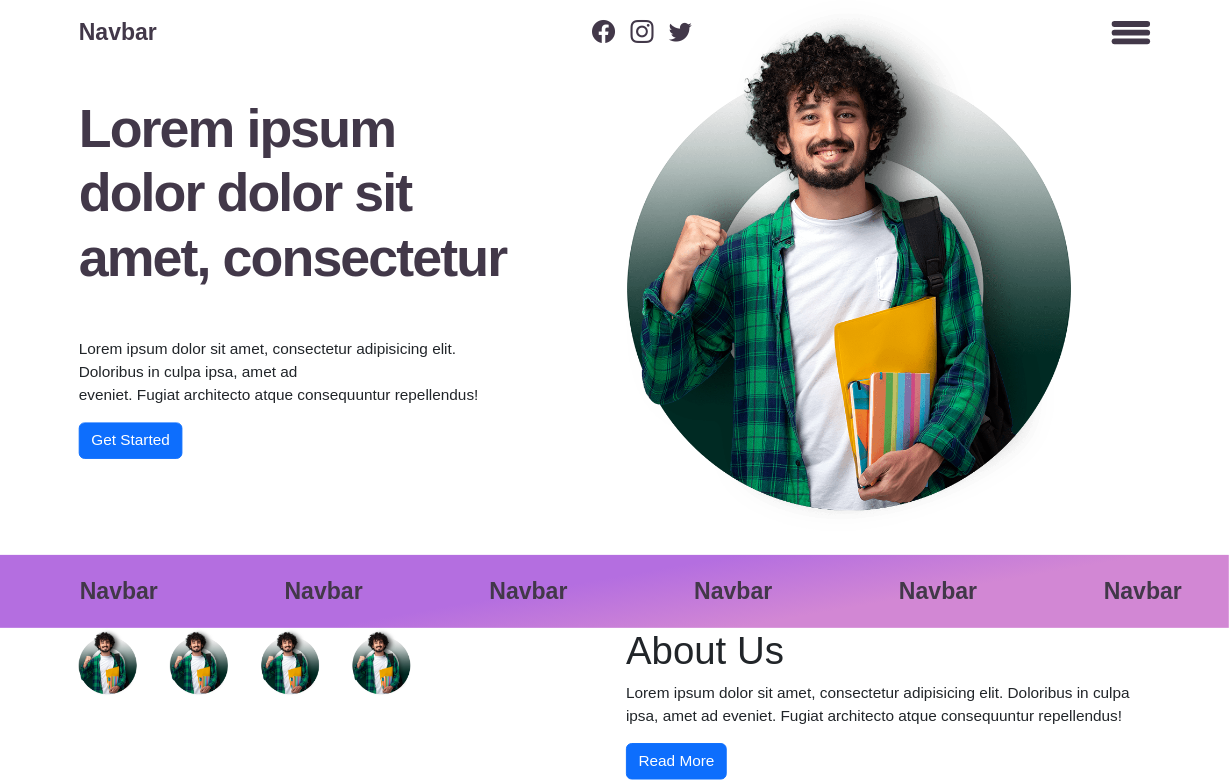
Repository: tagnam/project27012025
Page: index.html
An editor plug-in stored every save of this project. The page is shown before and after the next save, followed by the edit.
The browser window is 1280 px wide. The pictures show the whole page, at 96% of full size.

Above is the page before, as saved 2025-01-27 16:18:35.

### index.html
<!DOCTYPE html>
<html lang="en">
<head>
    <meta charset="UTF-8">
    <meta name="viewport" content="width=device-width, initial-scale=1.0">
    <link href="https://cdn.jsdelivr.net/npm/bootstrap@5.3.3/dist/css/bootstrap.min.css" rel="stylesheet" integrity="sha384-QWTKZyjpPEjISv5WaRU9OFeRpok6YctnYmDr5pNlyT2bRjXh0JMhjY6hW+ALEwIH" crossorigin="anonymous">
    <link rel="stylesheet" href="style/css/index.css">
    <link rel="stylesheet" href="style/css/animation.css">
    <link rel="stylesheet" href="style/css/responsive.css">
    <title>project27012025</title>
</head>
<body>
<header>
    <!-- --------------------------------------------start nav bar ------------------------------->
    <nav class="navbar navbar-expand-lg custom-nav">
        <div class="container">
          <div class="collapse navbar-collapse justify-content-between" id="navbarSupportedContent">
            <a class="navbar-brand" href="#">Navbar</a>
            <ul class="navbar-nav  ">

              <li class="nav-item">
                <a class="nav-link" href="#"><i class="bi bi-facebook"></i></a>
              </li>
              <li class="nav-item">
                <a class="nav-link" href="#"><i class="bi bi-instagram"></i></a>
              </li>
              <li class="nav-item">
                <a class="nav-link" href="#"><i class="bi bi-twitter"></i></a>
              </li>
            </ul>
            <div class="d-flex">
               <div class="menu-container" type="button" data-bs-toggle="offcanvas" data-bs-target="#offcanvasExample" aria-controls="offcanvasExample">
                <span class="span-menu-01 menu-icon"></span>
                <span class="span-menu-02 menu-icon"></span>
                <span class="span-menu-03 menu-icon"></span>
            </div>
            </div>
          </div>
        </div>
      </nav>

      <!-- ------------------------------start offcanvas ---------------------------------------->
      <div class="offcanvas offcanvas-start " tabindex="-1" id="offcanvasExample" aria-labelledby="offcanvasExampleLabel">
        <div class="offcanvas-header">
          <h5 class="offcanvas-title" id="offcanvasExampleLabel">Offcanvas</h5>
          <button type="button" class="btn-close text-reset" data-bs-dismiss="offcanvas" aria-label="Close"></button>
        </div>
        <div class="offcanvas-body">
          <div>
            Some text as placeholder. In real life you can have the elements you have chosen. Like, text, images, lists, etc.
          </div>
          <div class="dropdown mt-3">
            <button class="btn btn-secondary dropdown-toggle" type="button" id="dropdownMenuButton" data-bs-toggle="dropdown">
              Dropdown button
            </button>
            <ul class="dropdown-menu" aria-labelledby="dropdownMenuButton">
              <li><a class="dropdown-item" href="#">Action</a></li>
              <li><a class="dropdown-item" href="#">Another action</a></li>
              <li><a class="dropdown-item" href="#">Something else here</a></li>
            </ul>
          </div>
        </div>
      </div>
       <!-- -----------------------------end offcanvas ------------------------------------------->
      <!------------------------------------------------ end navbar ----------------------------->


</header>
<section class="hero-section">
    <div  class="container" style="height: 100%;">
        <div class="row" >
            <div class="col-lg-6 col-md-6 col-sm-12">
                <div class="banner-content ">
                    <h1>Lorem ipsum dolor  dolor sit amet, consectetur </h1>
                    <p>Lorem ipsum dolor sit amet, consectetur adipisicing elit. Doloribus in culpa ipsa, amet ad<br> eveniet. Fugiat architecto atque consequuntur repellendus!</p>
                    <button class="btn btn-primary">Get Started</button>
                </div>
            </div>
            <div class="col-lg-6 col-md-6 col-sm-12">
                <div class="banner-img d-flex justify-content-end">
                    <img src="image/hero-banner-01.webp" class="w-100" alt="">

            </div>

        </div>
    </div>
    <!-- <div class="row">
        <div class="col-lg-6 col-md-6 col-sm-12 d-flex justify-content-start">
            <div class="banner-btn">
                <a class="btn custom-btn btn-outline-success"> Get Started </a>
            </div>
        </div>
        <div class="col-lg-6 col-md-6 col-sm-12 d-flex justify-content-end">
             <div class="banner-footer-text">
                <p>Lorem ipsum dolor sit amet <br>consectetur adipisicing elit. Numquam, vel.</p>
             </div>

    </div>
 </div> -->
  </section>


<section class="client-section">
    <div class="container-fluid">
       <div class="row  row-cols-3 row-cols-md-6 g-4">
        <div class="col client-logo">
            <a class="navbar-brand w-25" href="#">Navbar</a>
        </div>
        <div class="col client-logo">
            <a class="navbar-brand w-25" href="#">Navbar</a>
        </div>
        <div class="col client-logo">
            <a class="navbar-brand w-25" href="#">Navbar</a>
        </div>
        <div class="col client-logo">
            <a class="navbar-brand w-25" href="#">Navbar</a>
        </div>
        <div class="col client-logo">
            <a class="navbar-brand w-25" href="#">Navbar</a>
        </div>
        <div class="col client-logo">
            <a class="navbar-brand w-25" href="#">Navbar</a>
        </div>

    </div>
    </div>
</section>

<section>
    <div class="container">
        <div class="row">
            <div class="col-lg-6 col-md-6 col-sm-12">
                <div class="row row-cols-3 row-cols-md-6">
                    <div class="col">
                        <div class="img">
                            <img src="image/hero-banner-01.webp" class="w-100" alt="">
                        </div>
                    </div>
                    <div class="col">
                        <div class="img">
                            <img src="image/hero-banner-01.webp" class="w-100" alt="">
                        </div>
                    </div>
                    <div class="col">
                        <div class="img">
                            <img src="image/hero-banner-01.webp" class="w-100" alt="">
                        </div>
                    </div>
                    <div class="col">
                        <div class="img">
                            <img src="image/hero-banner-01.webp" class="w-100" alt="">
                        </div>
                    </div>
                </div>
            </div>
            <div class="col-lg-6 col-md-6 col-sm-12">
                <div class="about-content">
                    <h1>About Us</h1>
                    <p>Lorem ipsum dolor sit amet, consectetur adipisicing elit. Doloribus in culpa ipsa, amet ad eveniet. Fugiat architecto atque consequuntur repellendus!</p>
                    <button class="btn btn-primary">Read More</button>
                </div>
            </div>

        </div>
    </div>
</section>
<script src="https://cdn.jsdelivr.net/npm/bootstrap@5.3.3/dist/js/bootstrap.bundle.min.js" integrity="sha384-YvpcrYf0tY3lHB60NNkmXc5s9fDVZLESaAA55NDzOxhy9GkcIdslK1eN7N6jIeHz" crossorigin="anonymous"></script>
<script src="style/js/custom.js"></script>
</body>
</html>

### style/css/index.css
@import url("https://cdn.jsdelivr.net/npm/bootstrap-icons@1.11.3/font/bootstrap-icons.min.css");

*{
 margin: 0;
padding: 0;
box-sizing: border-box;
}

:root{
    --dark-color:#423849;
    --semi-dark-color:#b46ee0;
    --light-color:#d287d4;
    --white-color:#fff;
    --main-heading-font-size: 3.5rem;
    --subheading-font-size: 2rem;
    --paragraph-font-size: 1rem;


}


body{
    font-family: 'Poppins', sans-serif;


}

header{
    position: fixed;
    top: 0;
    z-index: 1000;
width: 100%;
}

.navbar-brand{
    font-size: 1.5rem;
    font-weight: 800;
    color: var(--dark-color);
}

.menu-icon{
    display: block;
    width: 40px;
    height: 6px;
    background-color: var(--dark-color);
    margin: 3px auto;
    border-radius: 20px;
    cursor: pointer;
}


.nav-link .bi{
    font-size: 1.5rem;
    color: var(--dark-color);
}

.banner-content{
    margin: 100px auto;
    padding-right: 100px;
}

.banner-content h1{
    color: var(--dark-color);
    font-weight: 800;
    /* font-size: 55px; */
    font-size: var(--main-heading-font-size);
    letter-spacing: -2px;
    margin: 50px 0px;
}
/* .hero-section{
   background-image: url(/image/business-banner.jpg);
    background-size: cover;
    background-position: center;
    height: 100vh;
} */

.banner-footer-text p{
    color: var(--dark-color);

}


.client-section{
    background: linear-gradient(-190deg, rgba(180,110,224,1) 45%, rgba(210,135,212,1) 70%);
    padding: 20px 0px;
    overflow: hidden;
}

.client-logo{
    display: flex;
    justify-content: center;
    align-items: center;
    flex-wrap: wrap;
    color: var(--white-color);
}

Loaded but not shown: style/js/custom.js (no copy from this time; the picture is the same without it); style/css/animation.css (no stored copy; drawn as an empty file); style/css/responsive.css (no stored copy; drawn as an empty file)

After the next save:
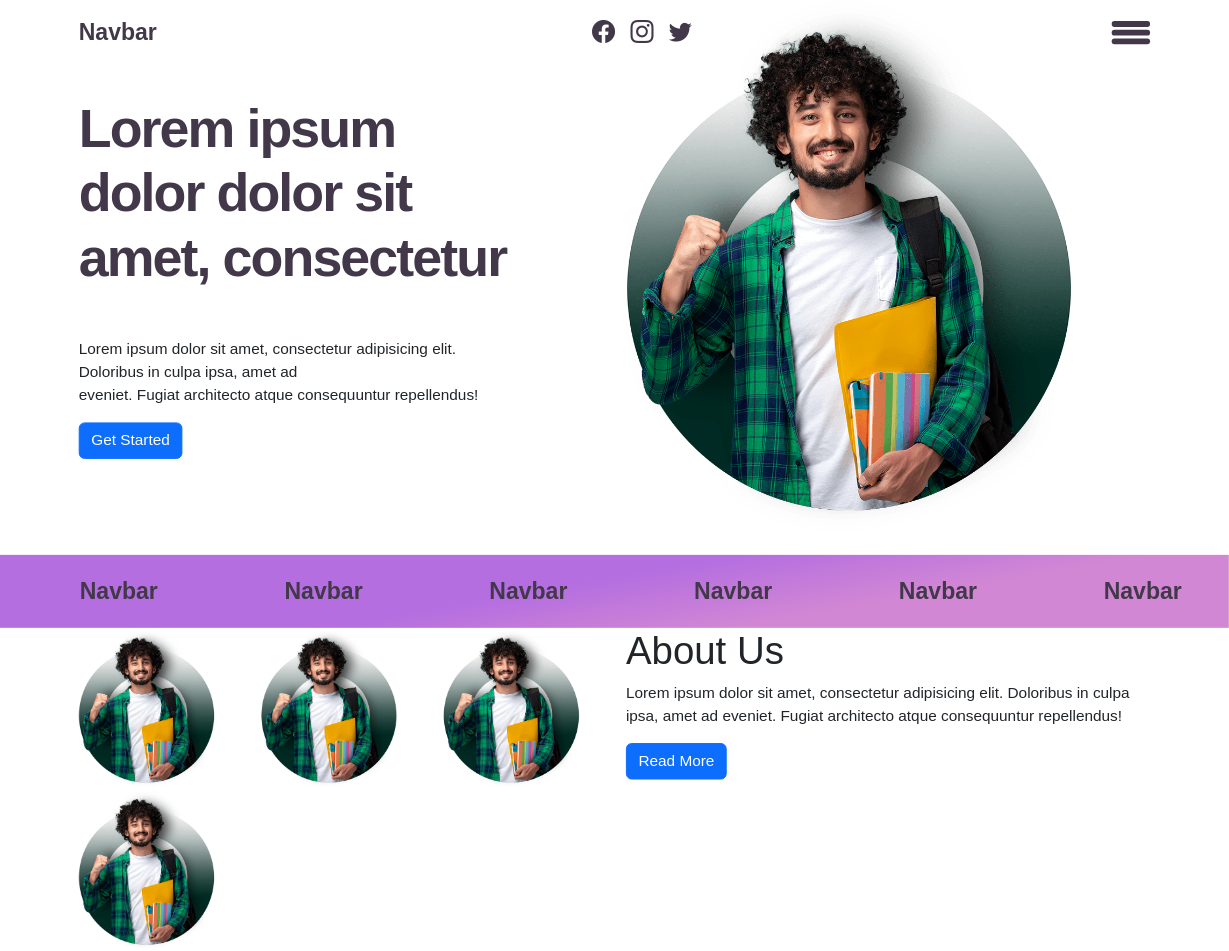
Saved 16 s later.
--- a/index.html
+++ b/index.html
@@ -130,7 +130,7 @@
     <div class="container">
         <div class="row">
             <div class="col-lg-6 col-md-6 col-sm-12">
-                <div class="row row-cols-3 row-cols-md-6">
+                <div class="row row-cols-3 row-cols-md-">
                     <div class="col">
                         <div class="img">
                             <img src="image/hero-banner-01.webp" class="w-100" alt="">
